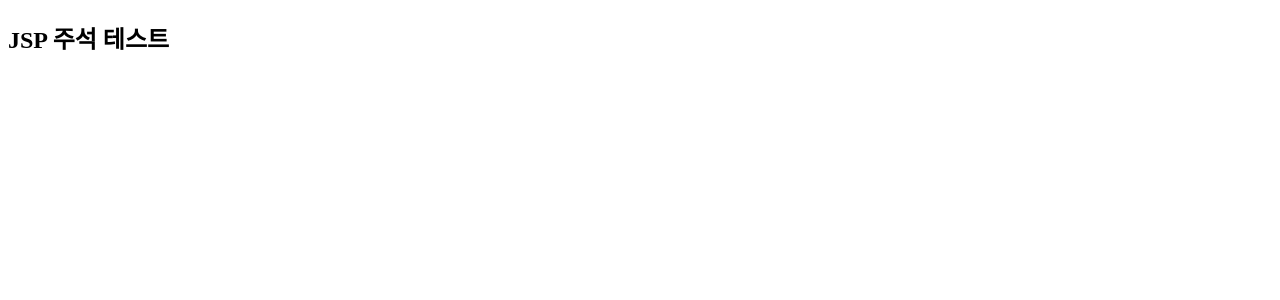
Repository: HyeonbinSa/JSPBook
Page: http://localhost/jspbook/ch05/include.jsp
The author's editor kept a copy of each file at every save. The page is drawn from the files as they stood at one save, then again after the next save.
The browser window is 1280 px wide. The pictures show the whole page.
The page is served by Tomcat 9. Other server files are loaded and not shown.

Above is the page before, as saved 2019-12-26 12:36:57.

### jspbook/WebContent/ch05/include.jsp
<%@ page language="java" contentType="text/html; charset=UTF-8"
    pageEncoding="UTF-8"%>
<!DOCTYPE html>
<html>
<head>
<meta charset="UTF-8">
<title>include 지시어 테스트</title>
</head>
<body>
<%@ include file="comment.jsp" %>
</body>
</html>

### jspbook/WebContent/ch05/comment.jsp
<%@ page language="java" contentType="text/html; charset=UTF-8"
    pageEncoding="UTF-8"%>
<!DOCTYPE html>
<html>
<head>
<meta charset="UTF-8">
<title>Comment Test</title>
</head>
<body>
<!-- 이 주석은 클라이언트에서 볼 수 있습니다. -->
<h2>JSP 주석 테스트</h2>
<%-- 이 주석은 클라이언트에서 볼 수 없습니다. --%>
</body>
</html>

After the next save:
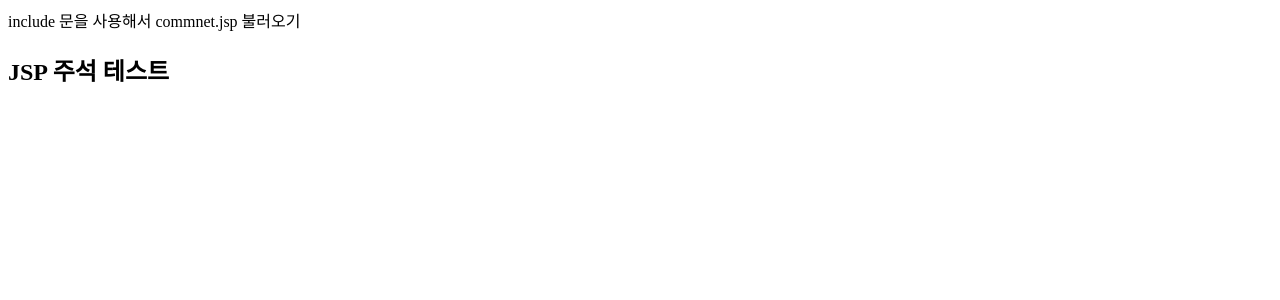
Saved 70 s later.
--- a/jspbook/WebContent/ch05/include.jsp
+++ b/jspbook/WebContent/ch05/include.jsp
@@ -7,6 +7,8 @@
 <title>include 지시어 테스트</title>
 </head>
 <body>
+<div>include 문을 사용해서 commnet.jsp 불러오기</div>
 <%@ include file="comment.jsp" %>
+
 </body>
 </html>
